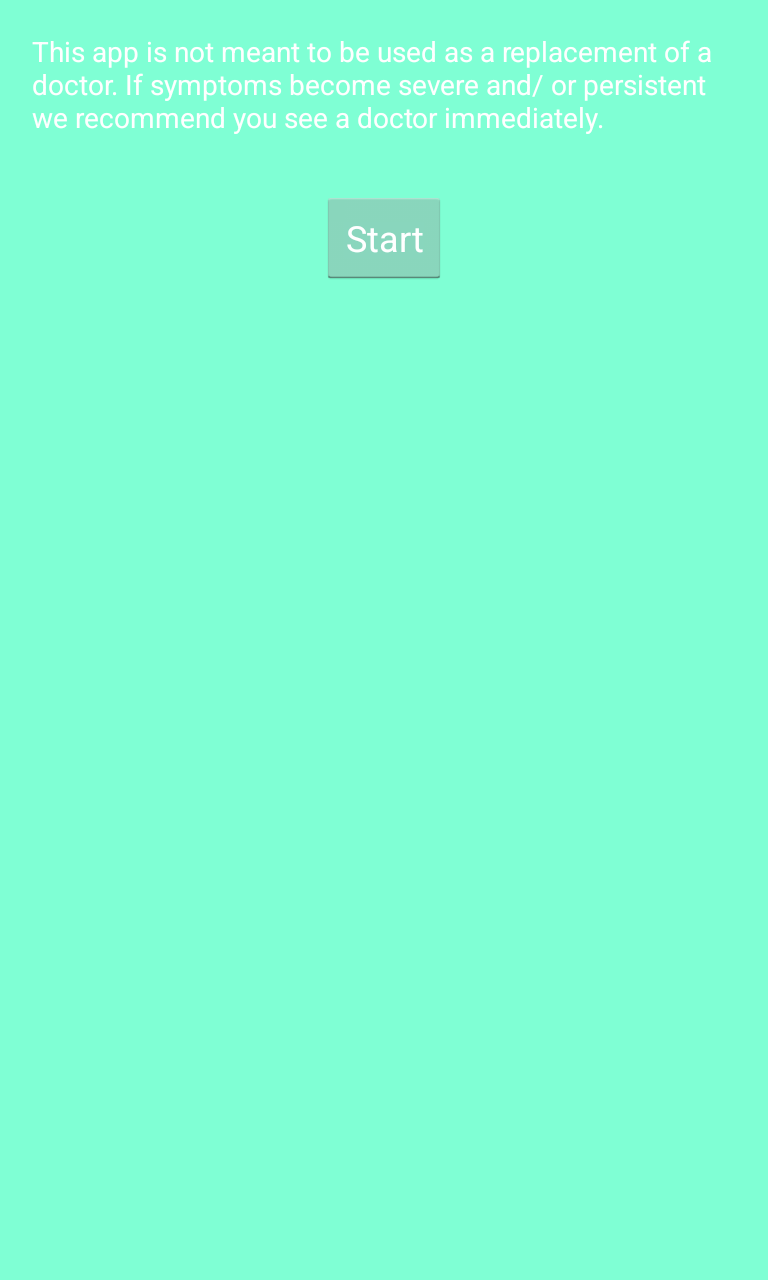
Repository: rosingrr/SympMeds
Layout: app/SympMeds/res/layout/activity_main.xml
The author's editor kept a copy of each file at every save. The layout is drawn from the files as they stood at one save, then again after the next save.
It is drawn on a 768 x 1280 px phone screen (xhdpi) without system bars, with theme AppTheme; the app's code is not run.

Above is the layout before, as saved 2013-08-02 13:21:53.

After the next save:
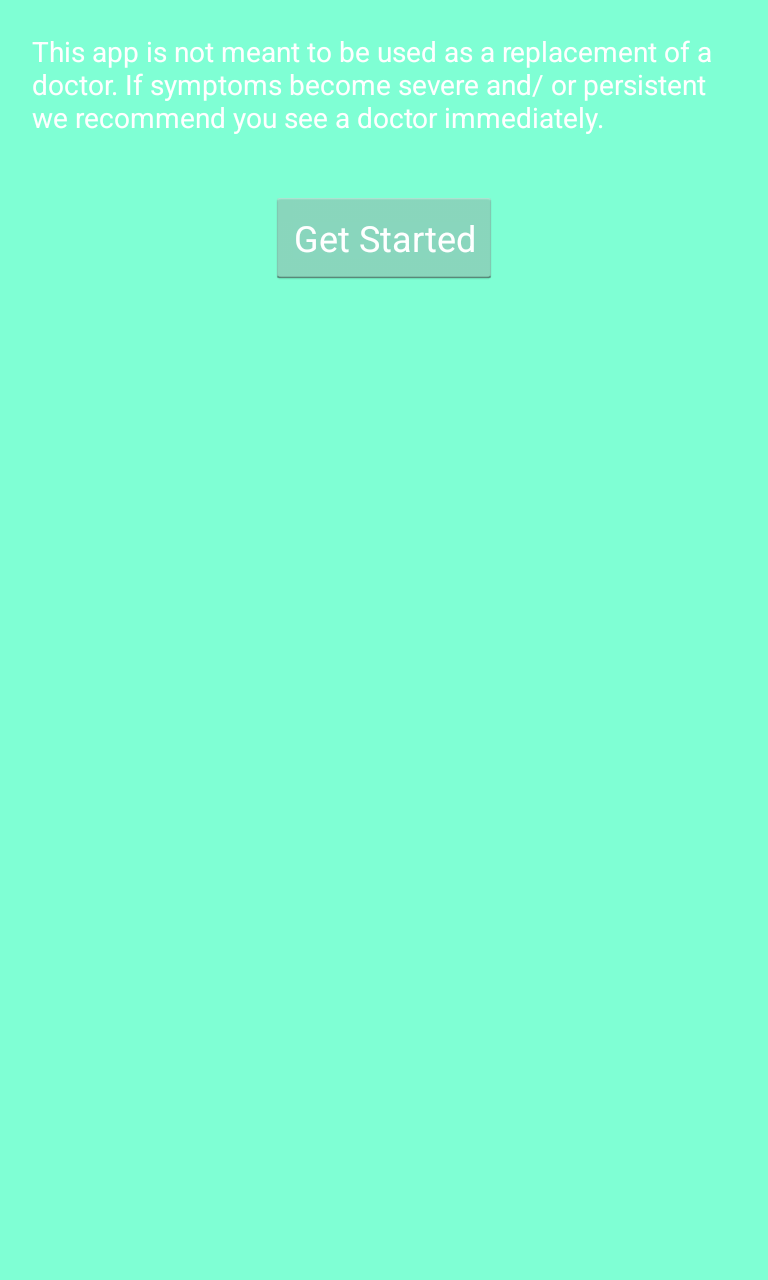
Saved 26 s later.
--- a/app/SympMeds/res/values/strings.xml
+++ b/app/SympMeds/res/values/strings.xml
@@ -5,7 +5,7 @@
     <string name="action_settings">Settings</string>
     <string name="nearest_pharmacy">Nearest Pharmacy</string>
     <string name="welcome">This app is not meant to be used as a replacement of a doctor. If symptoms become severe and/ or persistent we recommend you see a doctor immediately.</string>
-    <string name="start">Start</string>
+    <string name="start">Get Started</string>
 
     <string name="title_activity_symptom_list">SymptomList</string>
     <string name="symptom_instructions">Choose the symptom you are experiencing from the drop-down list and then push the Search button to get a list of drugs that treats that symptom.</string>
